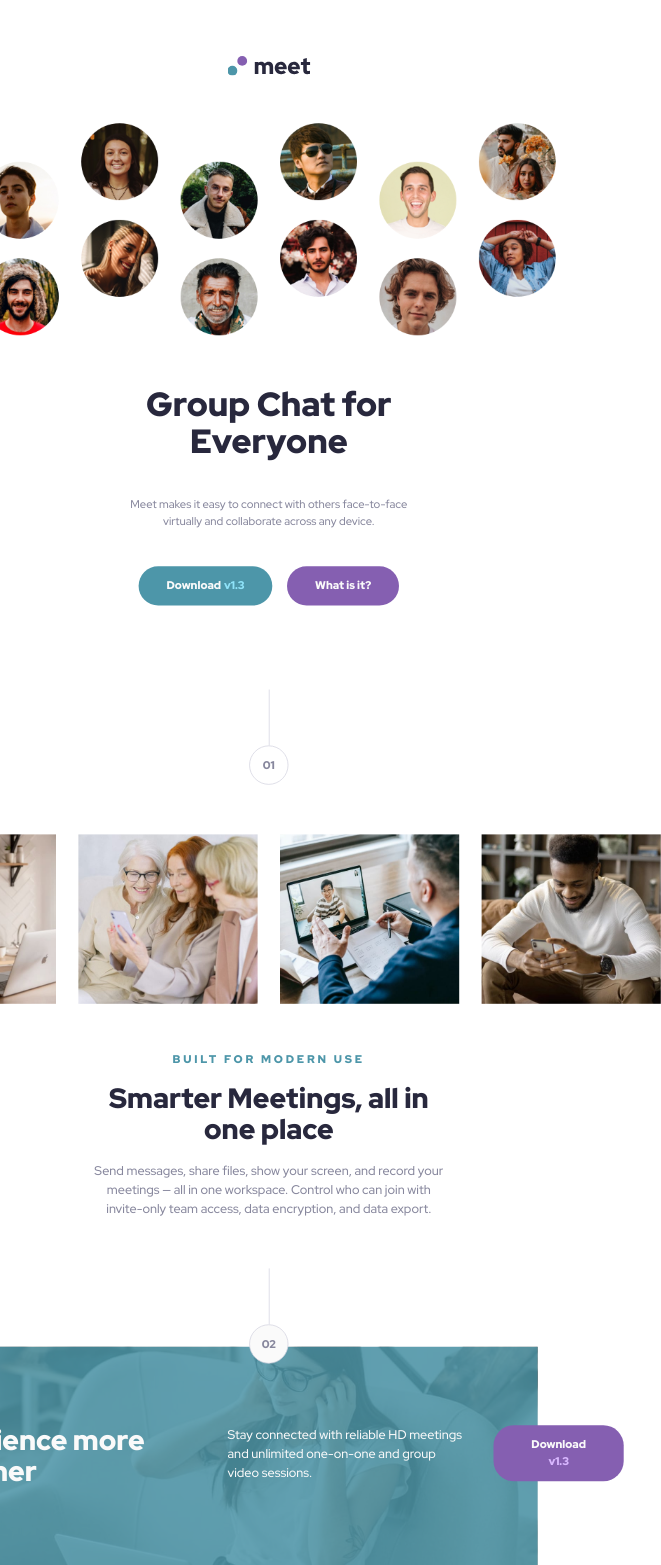
Repository: brandontaylor1/meet-landing-page
Page: index.html
An editor plug-in stored every save of this project. The page is shown before and after the next save, followed by the edit.
The browser window is 768 px wide. The page is 944 px wide, then 794 px, so the pictures cover 944 px, including what lies to the right of the window. The pictures show the whole page, at 70% of full size.

Above is the page before, as saved 2025-01-12 00:11:29.

### index.html
<!DOCTYPE html>
<html lang="en">
<head>
    <meta charset="UTF-8">
    <meta name="viewport" content="width=device-width, initial-scale=1.0">
    <link rel="preconnect" href="https://fonts.googleapis.com">
    <link rel="preconnect" href="https://fonts.gstatic.com" crossorigin>
    <link href="https://fonts.googleapis.com/css2?family=Red+Hat+Display:ital,wght@0,300..900;1,300..900&display=swap" rel="stylesheet">
    <link rel="stylesheet" href="styles.css">
    <title>Meet Landing Page</title>
</head>
<body>
    <nav class="navbar">
        <div class="logo-container">
            <img src="./assets/images/logo.svg" alt="meet logo">
        </div>
    </nav>
    <section class="hero-section">
        <img src="" class="responsive-image" alt="responsive-image">
        <img src="./assets/images/image-hero-left.png" class="hero-images"  id="left-faces" alt="Left Faces">
        <div class="hero-content">
            <h1>Group Chat for Everyone</h1>
            <p>Meet makes it easy to connect with others face-to-face virtually and collaborate across any device.</p>
            <div class="btn-container">
                <button class="hero-btn" id="downloadBtn">Download<span>v1.3</span></button>
                <button class="hero-btn" id="whatisitBtn">What is it?</button>
            </div>
        </div>
        <img src="./assets/images/image-hero-right.png" class="hero-images" id="right-faces" alt="Right Faces">
    </section>

    <section class="main-content">
        <div class="content">
            <div class="design-container">
                <div class="gray-line"></div>
                <div class="gray-circle">01</div>
            </div>
            <div class="image-container">
                <img src="./assets/images/image-woman-in-videocall.jpg" alt="woman on video call">
                <img src="./assets/images/image-women-videochatting.jpg" alt="women vidoechatting">
                <img src="./assets/images/image-men-in-meeting.jpg" alt="men in a meeting">
                <img src="./assets/images/image-man-texting.jpg" alt="man texting">
            </div>
            <div class="text-container">
                <h3>Built for Modern Use</h3>
                <h2>Smarter Meetings, all in one place</h2>
                <p>Send messages, share files, show your screen, and record your meetings — all in one workspace. Control who can join with invite-only team access, data encryption, and data export.</p>
            </div>
        </div>
    </section>
    <div class="design-container">
        <div class="gray-line"></div>
        <div class="gray-circle white">02</div>
    </div>
    <section class="footer">
        <div class="footer-grid">
            <h2>Experience more together</h2>
            <p>Stay connected with reliable HD meetings and unlimited one-on-one and group video sessions.</p>
            <button class="hero-btn" id="whatisitBtn">Download <span class="footer-span">v1.3</span></button>
        </div>
    </section>

</body>
</html>

### styles.css
* {
    margin: 0;
    padding: 0;
    box-sizing: border-box
}

:root {
    --color-white: #FAFAFA;
    --color-slate: #87879D;
    --color-lightslate: #D1D1DF;
    --color-darkslate: #28283D;
    --color-cyan: #4D96A9;
    --color-purple: #855FB1;
    --color-lightcyan: #8FE3F9;
    --color-lightpurple: #D9B8FF;

    font-size: 16px;

}

.white {
    background-color: var(--color-white);
}

.navbar {
    display: flex;
    padding: 5rem 5rem 0 5rem;
    flex-direction: column;
    justify-content: flex-end;
    align-items: center;
    gap: var(--spacing-100, .5rem);
    align-self: stretch;

}

.hero-section {
    display: flex;
    justify-content: space-between;
    align-items: center;
    padding: 4rem 5rem;
    height: auto;
    width: 100%;
}

.left-faces {
    padding-right: 95px;
    padding-bottom: 57px;
}

.right-faces {
    padding-left: 95px;
    padding-top: 57px;
}

.responsive-image {
    display: none;
}

.hero-content {
    display: flex;
    flex-direction: column;
    align-items: center;
    justify-content: space-between;
    width: 448px;
    height: 314px;

}

.hero-content h1 {
    font-family: "Red Hat Display", sans-serif;
    font-size: 4rem;
    font-weight: 900;
    line-height: 110%;
    color: var(--color-darkslate);
    text-align: center;
}

.hero-content p {
    font-family: "Red Hat Display", sans-serif;
    font-size: 18px;
    font-weight: 500;
    line-height: 150%;
    color: var(--color-slate);
    text-align: center;

}

.hero-btn {
    padding: 16px 40px;
    border-radius: 29px;
    border: none;

}

#downloadBtn {
    background-color: var(--color-cyan);
    color: var(--color-white);
    font-size: 16px;
    font-family: "Red Hat Display", sans-serif;
    font-weight: 900;
    line-height: 150%;
    margin-right: 8.5px;
}

#downloadBtn span {
    margin-left: 4px;
    color: var(--color-lightcyan);

}

#whatisitBtn {
    background-color: var(--color-purple);
    color: var(--color-white);
    font-size: 16px;
    font-family: "Red Hat Display", sans-serif;
    font-weight: 900;
    line-height: 150%;
    margin-left: 8.5px;
}

.main-content {
    display: flex;
    flex-direction: column;
    align-items: center;
    justify-content: center;
    height: 883px;
    padding: 56px 80px 72px 80px;
}

.content {
    display: flex;
    flex-direction: column;
    align-items: center;
    justify-content: space-between;
    height: 755px;
}

.design-container {
    display: flex;
    justify-content: center;
    align-items: center;
    flex-direction: column;

}

.gray-line {
    width: 1px;
    height: 80px;
    background-color:  var(--color-lightslate);
    z-index: 5;
}

.gray-circle {
    width: 56px;
    height: 56px;
    display: flex;
    align-items: center;
    justify-content: center;
    border-radius: 50%;
    border: 1px solid var(--color-lightslate);
    color: var(--color-slate);
    font-size: 16px;
    font-family: "Red Hat Display", sans-serif;
    font-weight: 900;
    line-height: 150%;
    z-index: 5;
}

.image-container {
    display: grid;
    grid-template-columns: repeat(4, 1fr);
    gap: 32px;
}

.image-container img {
    width: 256px;
    height: auto;
}

.text-container {
    width: 500px;
    height: 235px;
    display: flex;
    flex-direction: column;
    align-items: center;
    justify-content: space-between;
}

.text-container h3 {
    font-family: "Red Hat Display", sans-serif;
    font-size: 16px;
    font-weight: 900;
    line-height: 110%;
    text-transform: uppercase;
    letter-spacing: 4px;
    color: var(--color-cyan);
}

.text-container h2 {
    font-family: "Red Hat Display", sans-serif;
    font-size: 40px;
    font-style: normal;
    font-weight: 900;
    line-height: 110%;
    text-align: center;
    color: var(--color-darkslate);
}

.text-container p {
    font-family: "Red Hat Display", sans-serif;
    font-size: 18px;
    font-style: normal;
    font-weight: 500;
    line-height: 150%;
    text-align: center;
    color: var(--color-slate)
}


.footer {
    padding: 7rem 5rem;
    display: flex;
    align-items: center;
    justify-content: center;
    background-image: url("./assets/images/image-footer.jpg");
    background-size: cover;
    background-position: center;
    background-repeat: no-repeat;
    margin-top: -1.5rem;
    position: relative;
    z-index: 0;
}

.footer-grid {
    display: flex;
    align-items: flex-start;
    justify-content: center;
    grid-template-columns: repeat(3, 1fr);
    width: 70rem;
    gap: 32px;
    z-index: 2;

}

.footer-grid h2 {
    font-family: "Red Hat Display", sans-serif;
    font-size: 2.5rem;
    font-weight: 900;
    line-height: 110%;
    color: var(--color-white);
    width: 27rem;
}

.footer-grid p {
    font-family: "Red Hat Display", sans-serif;
    font-size: 1.125rem;
    font-weight: 500;
    line-height: 150%;
    color: var(--color-white);
    width: 22rem;
}

.footer::before {
    content: "";
    position: absolute;
    top: 0;
    left: 0;
    width: 100%;
    height: 100%;
    background-color: hsla(192, 37%, 48%, 0.85); /* Adjust the color and opacity as needed */
    z-index: 1;
}

.footer-span {
    color: var(--color-lightpurple)
}


@media screen and (max-width: 1375px) {
    .hero-section {
        padding: 4rem 2rem;
        flex-direction: column;
        justify-content: space-between;
        align-items: center;
    }

    .hero-content {
        margin-top: 72px;
    }

    .hero-content h1 {
        font-size: 3rem;
    }

    .hero-content p {
        font-size: 16px;
    }

    .hero-images {
        display: none;
    }

    .responsive-image {
        display: inline-block;
        content: url("./assets/images/tablet/image-hero.png");

    }


}

@media screen and (max-width: 768px) {

}

After the next save:
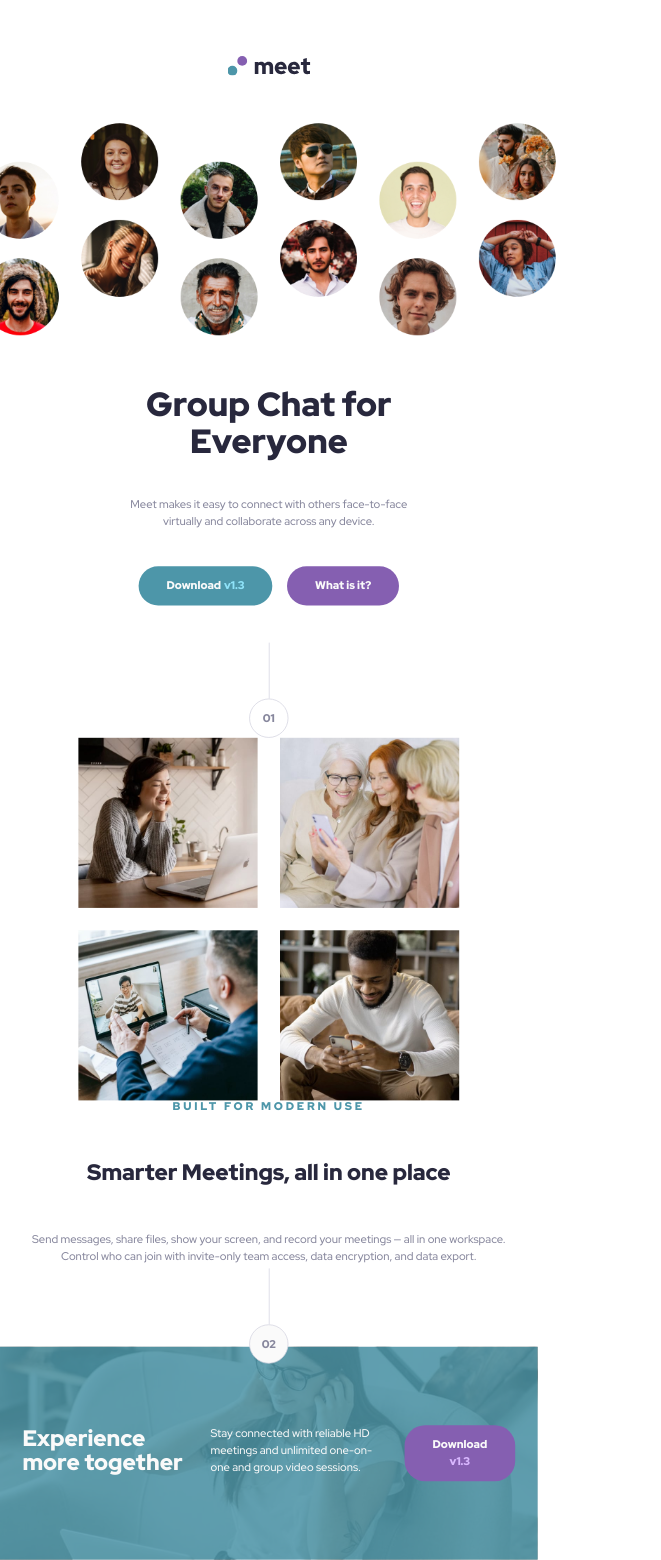
Saved 4 min 36 s later.
--- a/styles.css
+++ b/styles.css
@@ -309,6 +309,48 @@
 
 }
 
-@media screen and (max-width: 768px) {
-
-}
+@media screen and (max-width: 1024px) {
+    .main-content {
+        padding: 56px 40px 72px 40px;
+    }
+
+    .content {
+        height: auto;
+    }
+
+    .image-container {
+        grid-template-columns: repeat(2, 1fr);
+    }
+
+    .text-container {
+        width: 100%;
+    }
+
+    .text-container h2 {
+        font-size: 32px;
+    }
+
+    .text-container p {
+        font-size: 16px;
+    }
+
+    .footer {
+        padding: 7rem 2rem;
+    }
+
+    .footer-grid {
+        width: 100%;
+        gap: 16px;
+    }
+
+    .footer-grid h2 {
+        font-size: 2rem;
+        width: 100%;
+    }
+
+    .footer-grid p {
+        font-size: 1rem;
+        width: 100%;
+    }
+
+}
